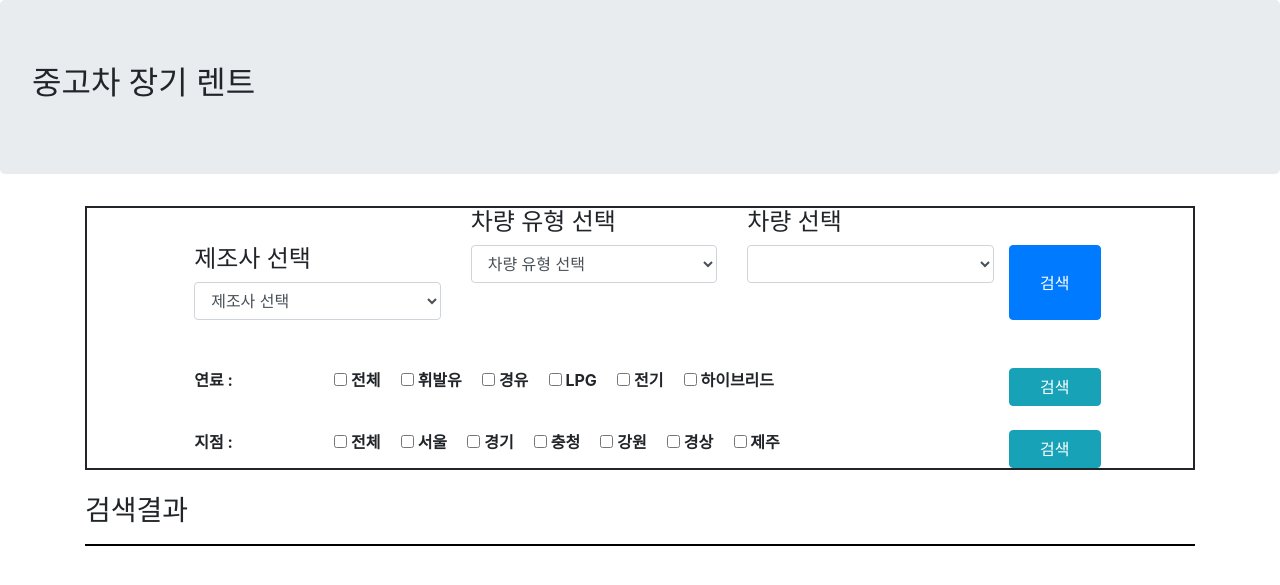
Repository: hyebinkim00/Project
Page: http://localhost/jsp/long_lent_oldcar/searchList.jsp
The author's editor kept a copy of each file at every save. The page is drawn from the files as they stood at one save, then again after the next save.
The browser window is 1280 px wide. The pictures show the whole page.
The page is served by Tomcat 9. Queries for data that is not in the repository find no rows.

Above is the page before, as saved 2020-09-22 03:38:38.

After the next save:
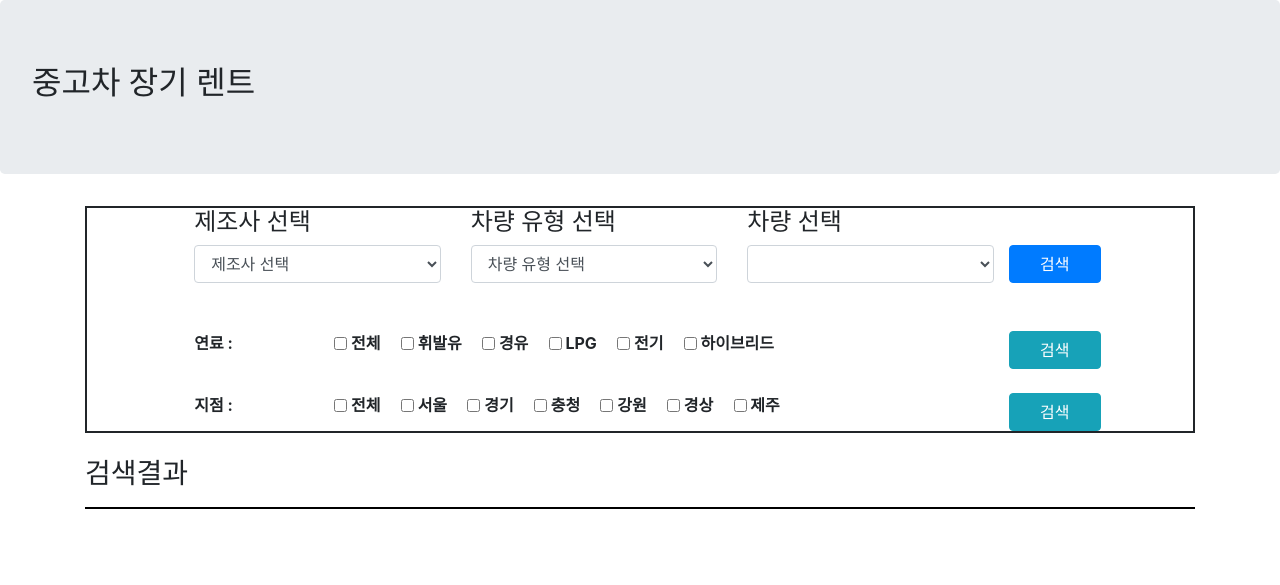
Saved 4 h 49 min later.
--- a/jsp/WebContent/long_lent_oldcar/searchList.jsp
+++ b/jsp/WebContent/long_lent_oldcar/searchList.jsp
@@ -137,7 +137,7 @@
   <div class="container" style="border:solid 2px;">
   <div class="row">
    <span class="col-sm-1">&nbsp;</span>
-  <div class="col-sm-3"></div>
+  <div class="col-sm-3"><h4>제조사 선택</h4></div>
   <div class="col-sm-3"><h4>차량 유형 선택</h4></div>
   <div class="col-sm-3"><h4>차량 선택</h4> </div>
    <span class="col-sm-2">&nbsp;</span>
@@ -154,7 +154,7 @@
 			<sql:query var="resultSet" dataSource="${dataSource}">
 			select distinct facname from member
 			</sql:query>
-		<h4>제조사 선택</h4>
+		<!-- <h4>제조사 선택</h4> -->
        <select  class="form-control" id="sellist1" name="sellist1" onchange="goDate1()" >
         <option>제조사 선택 </option>
         <c:forEach var="row" items="${resultSet.rows}">

After the save that followed:
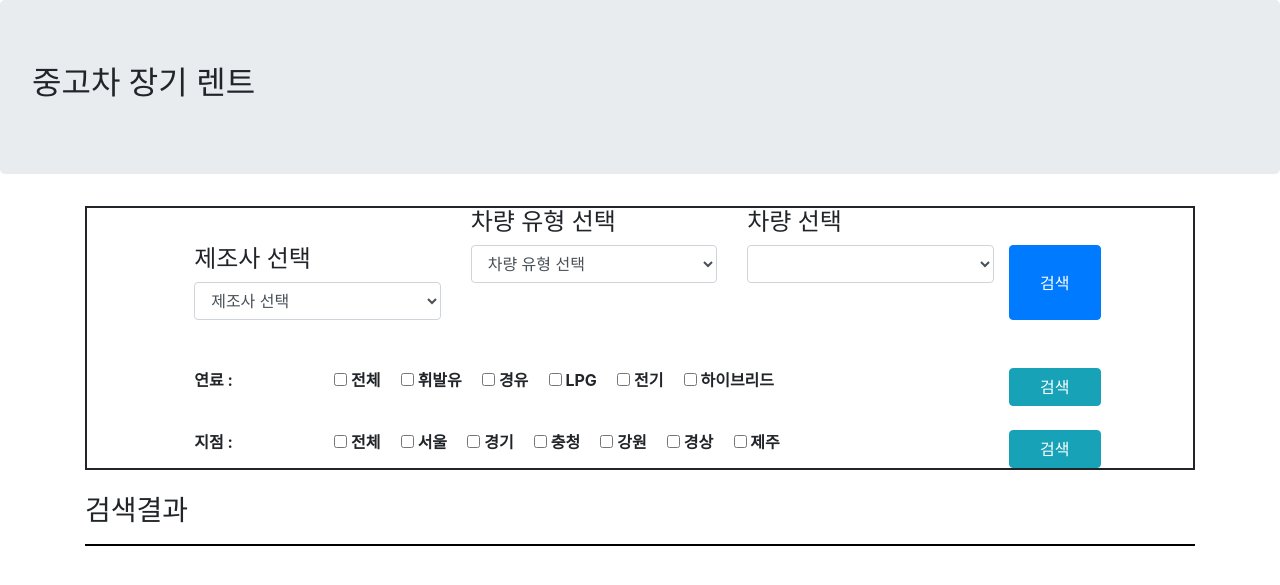
Saved 104 s later.
--- a/jsp/WebContent/long_lent_oldcar/searchList.jsp
+++ b/jsp/WebContent/long_lent_oldcar/searchList.jsp
@@ -137,7 +137,7 @@
   <div class="container" style="border:solid 2px;">
   <div class="row">
    <span class="col-sm-1">&nbsp;</span>
-  <div class="col-sm-3"><h4>제조사 선택</h4></div>
+  <div class="col-sm-3"></div>
   <div class="col-sm-3"><h4>차량 유형 선택</h4></div>
   <div class="col-sm-3"><h4>차량 선택</h4> </div>
    <span class="col-sm-2">&nbsp;</span>
@@ -154,7 +154,7 @@
 			<sql:query var="resultSet" dataSource="${dataSource}">
 			select distinct facname from member
 			</sql:query>
-		<!-- <h4>제조사 선택</h4> -->
+		 <h4>제조사 선택</h4>
        <select  class="form-control" id="sellist1" name="sellist1" onchange="goDate1()" >
         <option>제조사 선택 </option>
         <c:forEach var="row" items="${resultSet.rows}">
